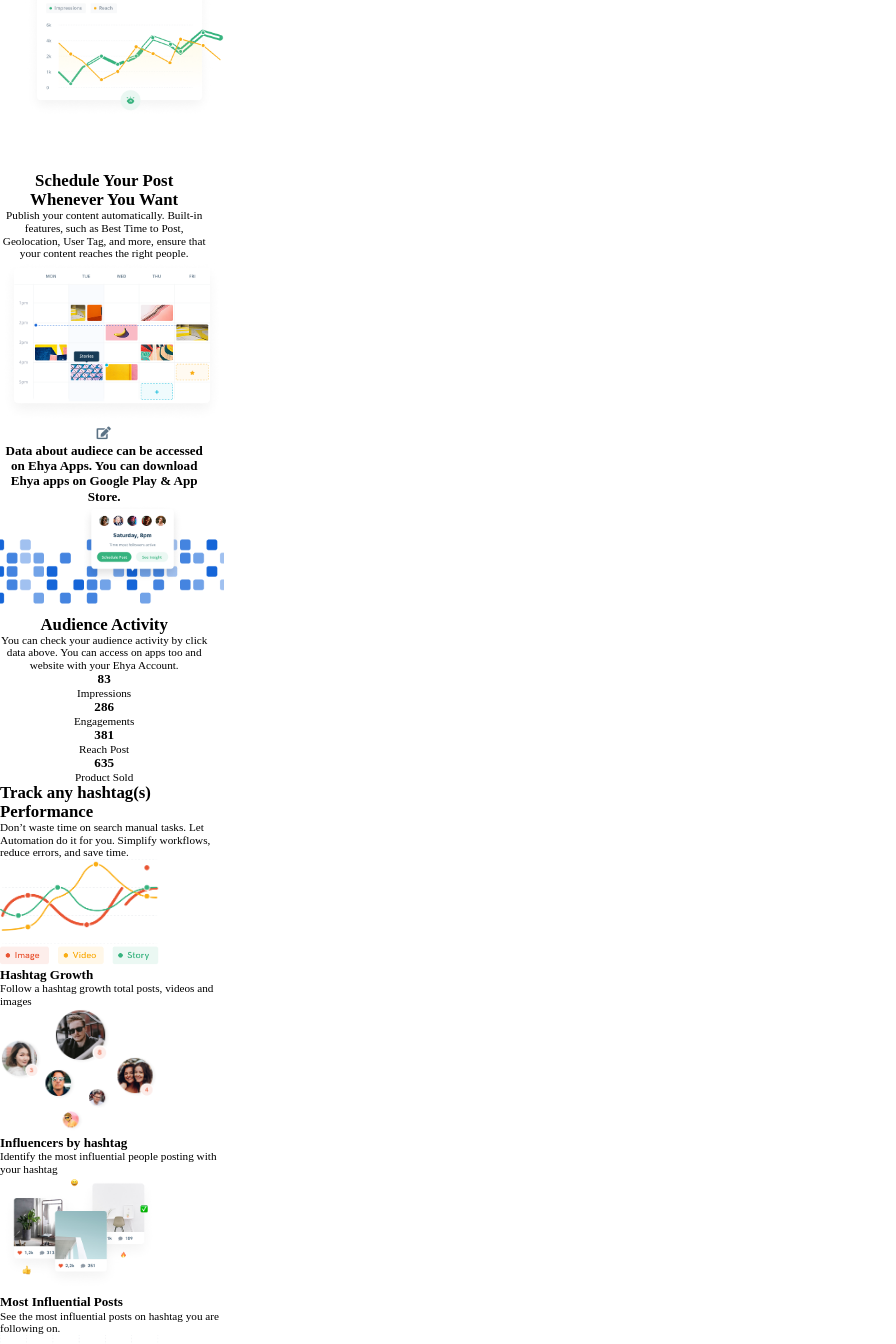
Repository: Eduardo-Tamborelli-Ferreira-lino/FrontEnd
Page: projetos/Prova-CSS/index.html
The author's editor kept a copy of each file at every save. The page is drawn from the files as they stood at one save, then again after the next save.
The browser window is 1280 px wide. The pictures show the part of the page from y = 1366 to 3286 px (the page is 5026 px tall before and 5044 px after), at 70% of full size.

Above is the page before, as saved 2026-03-12 13:56:29.

After the next save:
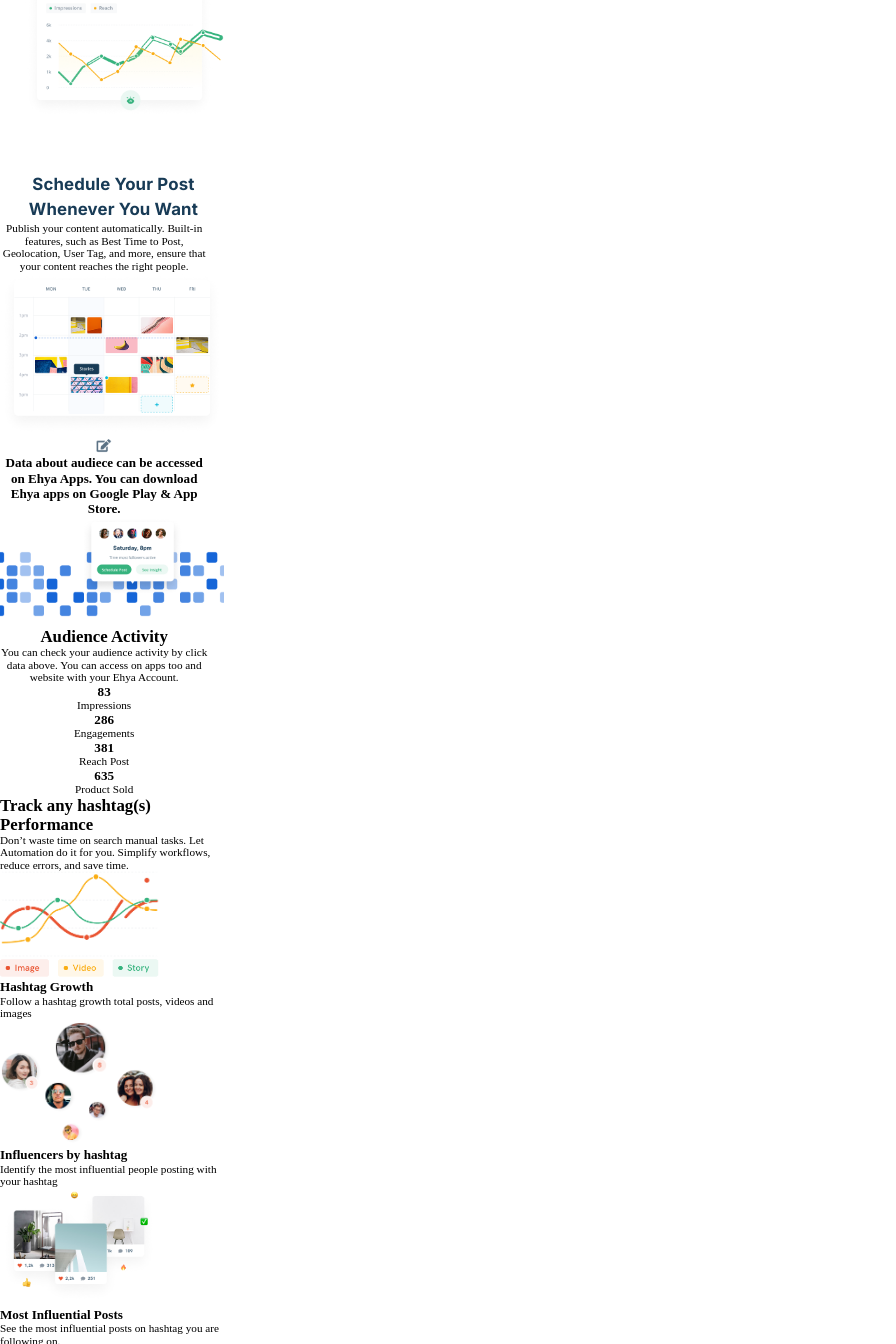
Saved 10 s later.
--- a/projetos/Prova-CSS/style.css
+++ b/projetos/Prova-CSS/style.css
@@ -194,7 +194,14 @@
 }
 
 #schedule-title h2{
-
+        width: 17.5rem;
+    font-weight: 700;
+    font-size: 1.5rem;
+    line-height: 2.25rem;
+    letter-spacing: 0.013rem;
+    color: var(--title-color);
+    font-family: var(--Title-font);
+    margin: auto 1.375rem;
 }
 
 .track-card img{
